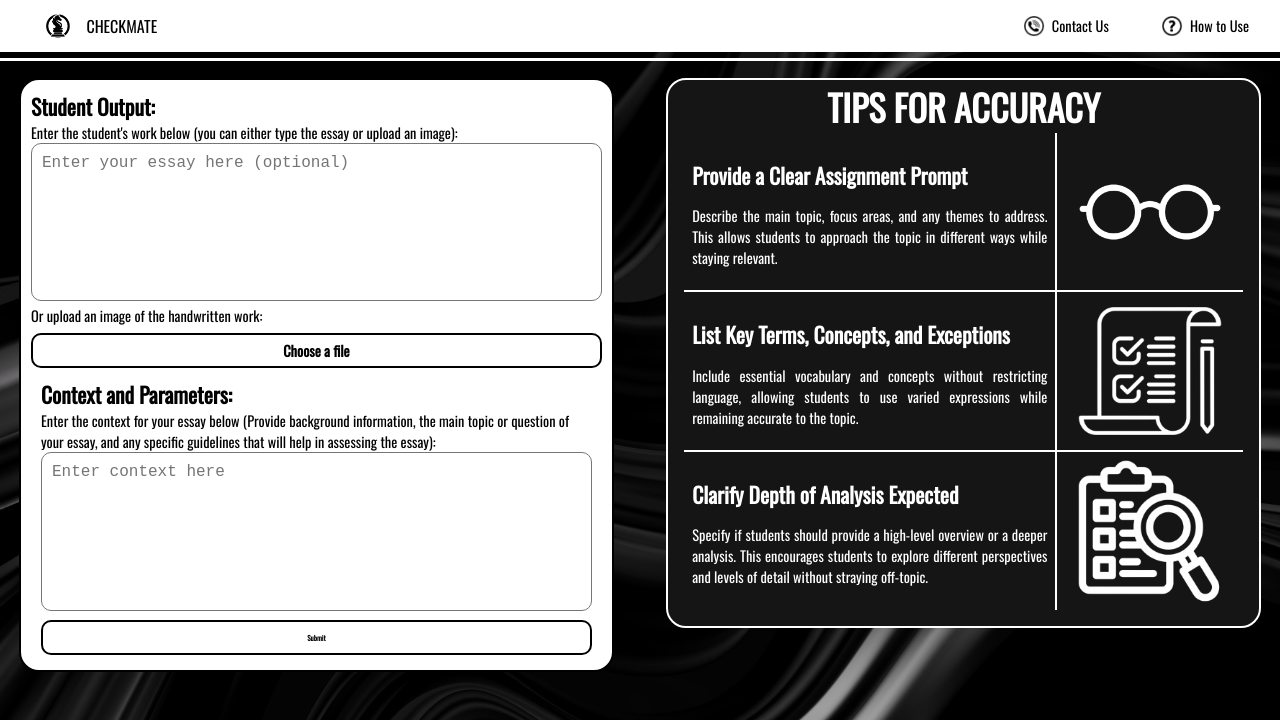
Repository: iiTzXyZ11/CheckMateAI
Page: http://localhost/scan
These files come from the project's save history. The page is drawn as it stood at one moment and after the next save; the edit follows.
The browser window is 1280 px wide. The pictures show the whole page.
The page is served by the project's application, run on Flask 3 (app.py).

Above is the page before, as saved 2025-01-30 21:40:35.

After the next save:
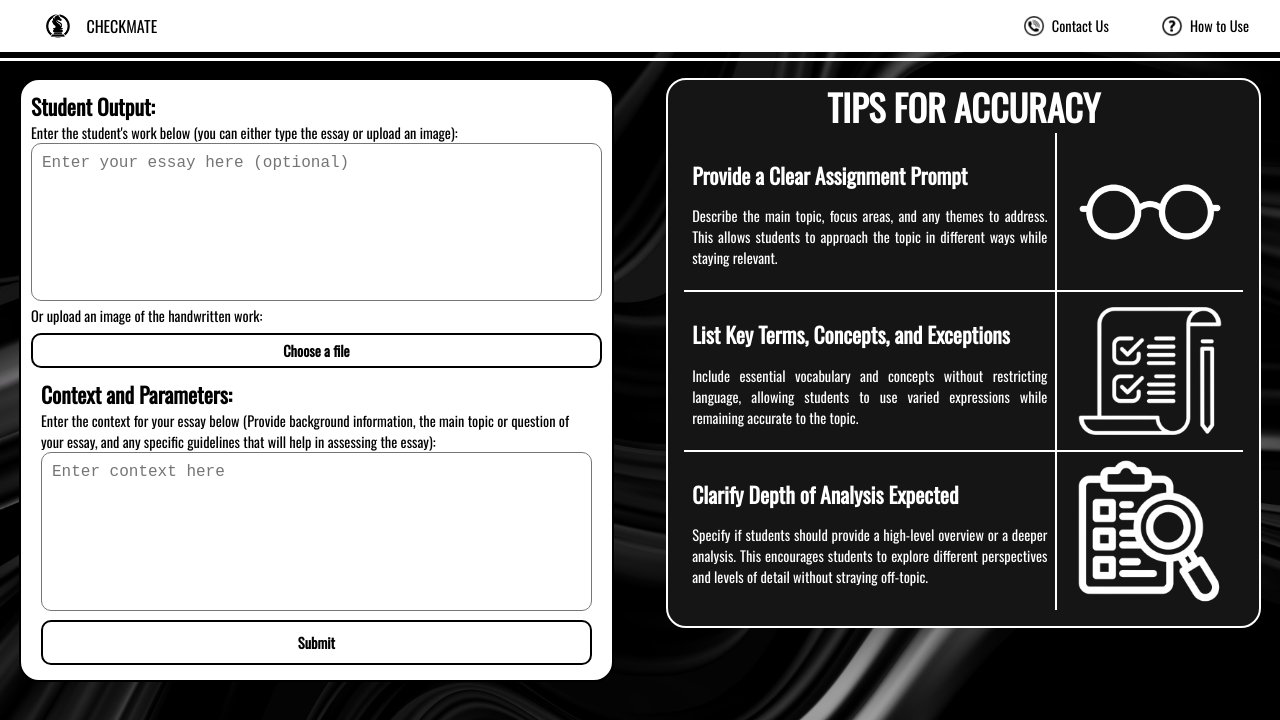
Saved 16 s later.
--- a/static/css/test_style.css
+++ b/static/css/test_style.css
@@ -46,6 +46,6 @@
     }
 
     .box1 button{
-
+        font-size: clamp(0.9rem,1vh,1.032rem);
     }
 }
